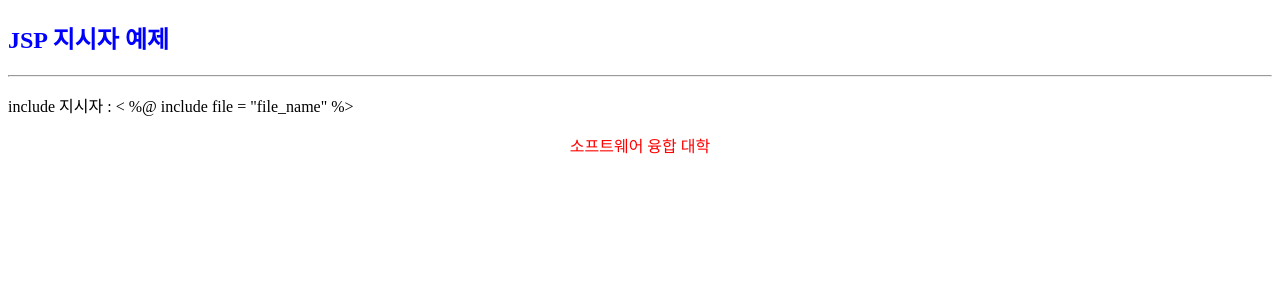
Repository: JuHyeon-S/21-1-Web-Back-end_Programming
Page: http://localhost/week06_1/include.jsp
An editor plug-in stored every save of this project. The page is shown before and after the next save, followed by the edit.
The browser window is 1280 px wide. The pictures show the whole page.
The page is served by Tomcat 9.

Above is the page before, as saved 2021-04-11 20:06:57.

After the next save:
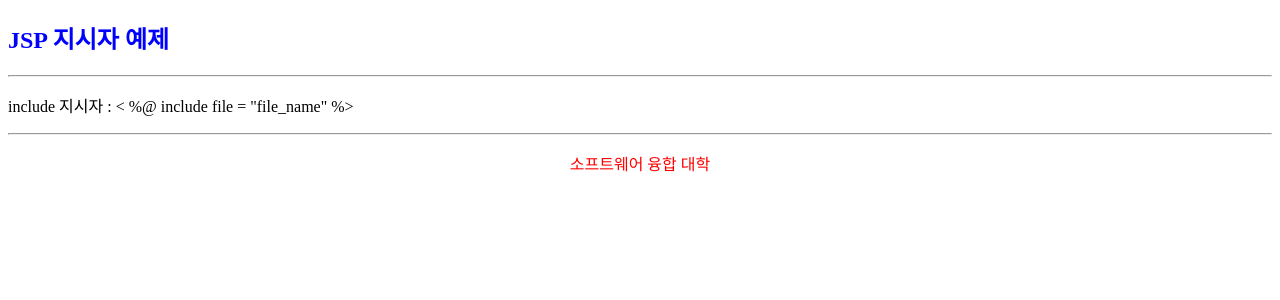
Saved 52 s later.
--- a/week06/week06_1/src/main/webapp/include.jsp
+++ b/week06/week06_1/src/main/webapp/include.jsp
@@ -10,6 +10,7 @@
 	<%@ include file="header.jsp" %>
 	<hr><p>
 	include 지시자 : &lt; %@ include file = "file_name" %&gt; <p>
+	<hr><p>
 	<%@ include file="footer.jsp" %>
 </body>
 </html>
